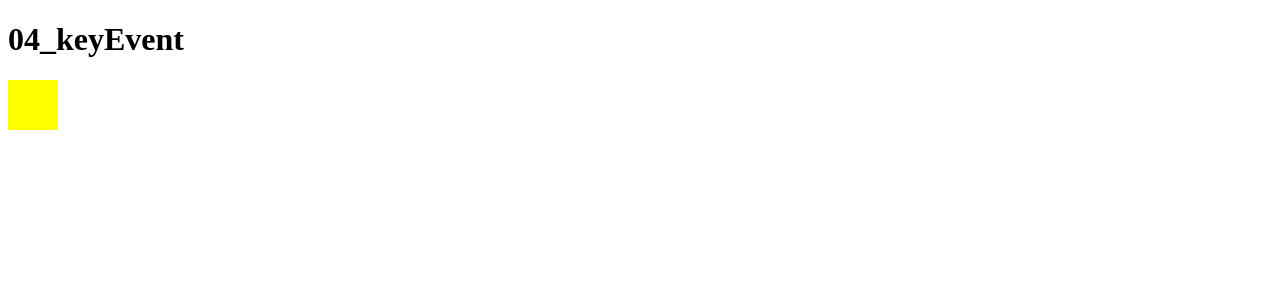
Repository: psun2/Korea-IT-Academy
Page: (back up) _ 오전/study_a/web_work/scriptProj/WebContent/event/04_keyEvent.html
The author's editor kept a copy of each file at every save. The page is drawn from the files as they stood at one save, then again after the next save.
The browser window is 1280 px wide. The pictures show the whole page.

Above is the page before, as saved 2020-08-07 06:12:40.

After the next save:
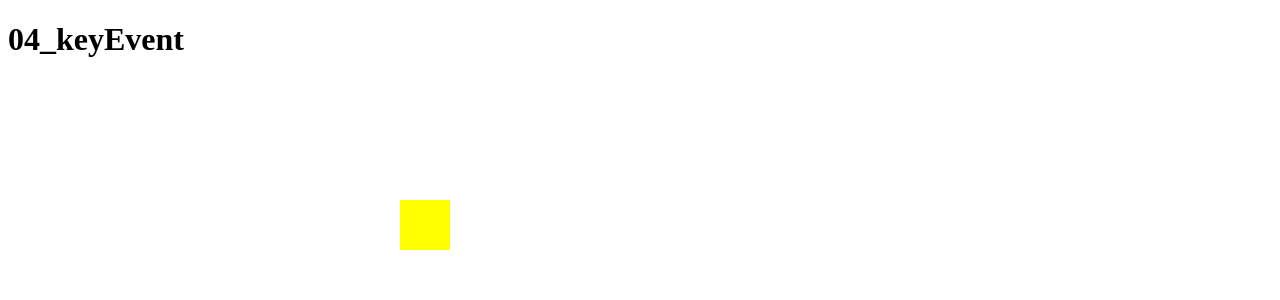
Saved 39 s later.
--- a/(back up) _ 오전/study_a/web_work/scriptProj/WebContent/event/04_keyEvent.html
+++ b/(back up) _ 오전/study_a/web_work/scriptProj/WebContent/event/04_keyEvent.html
@@ -9,12 +9,16 @@ div{
 	width:50px;
 	height: 50px;
 	background: #ff0;
+	top:200px;
+	left: 400px;
 }
 
 </style>
 <script>
 window.onload=function(){
 
+	var tt = 200
+	var ll = 400
 
 	var div = document.getElementsByTagName("div")[0]
 
